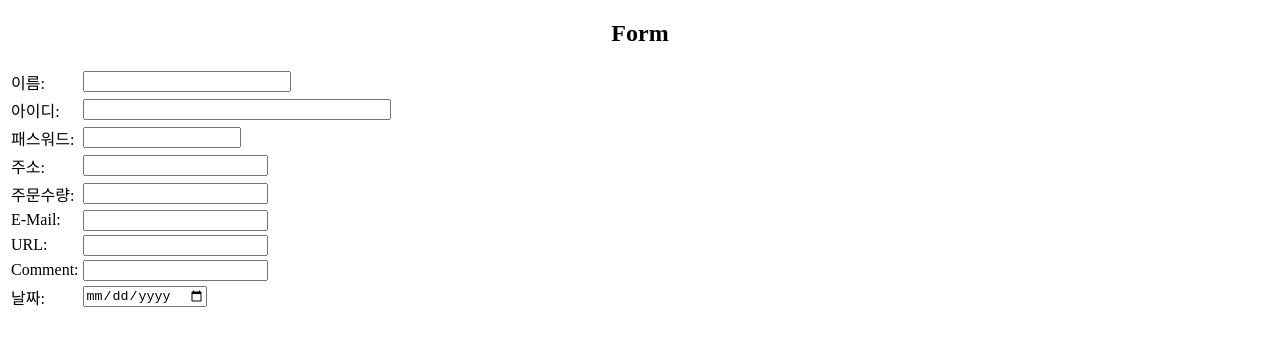
Repository: gyujin91/JSP
Page: web01/src/main/webapp/form.html
An editor plug-in stored every save of this project. The page is shown before and after the next save, followed by the edit.
The browser window is 1280 px wide. The pictures show the whole page.

Above is the page before, as saved 2022-04-22 05:19:08.

### web01/src/main/webapp/form.html
<!DOCTYPE html>
<html>
<head>
<meta charset="UTF-8">
<link rel="stylesheet" type="text/css" href="">
<style>
.form{text-align: center;}
.input1{width: 200px;}
.input2{width:300px;}
.input3{width:150px;}
</style>

<title>Form Sample</title>
</head>
<body>
	<h2 class="form">Form</h2>
	<form action="loginPro.jsp" method="post" name="twin">
        <table>
            <tr>
                <td>이름:</td>
                <td><input type="text" name="name" class="input1"></td>
            </tr>
            <tr>
            	<td>아이디:
            	<td><input type="text" name="uid"  class="input2"></td>
            </tr>
            <tr>
            	<td>패스워드:
            	<td><input type="password" name="upw" class="input3"></td>
            </tr>
            <tr>
            	<td>주소:
            	<td><input type="text" name="adrr" class="input4"></td>
            </tr>
            <tr>
            	<td>주문수량:
            	<td><input type="text" name="ordercount" class="input5"></td>
            </tr>
            <tr>
            	<td>E-Mail:
            	<td><input type="email" name="eamil" class="input6"></td>
            </tr>
            <tr>
            	<td>URL:
            	<td><input type="url" name="url" class="input7"></td>
            </tr>
            <tr>
            	<td>Comment:
            	<td><input type="text" name="comment" class="input8"></td>
            </tr>
            <tr>
            	<td>날짜:
            	<td><input type="date" name="date" class="input9"></td>
            </tr>


        </table>




</body>
</html>

After the next save:
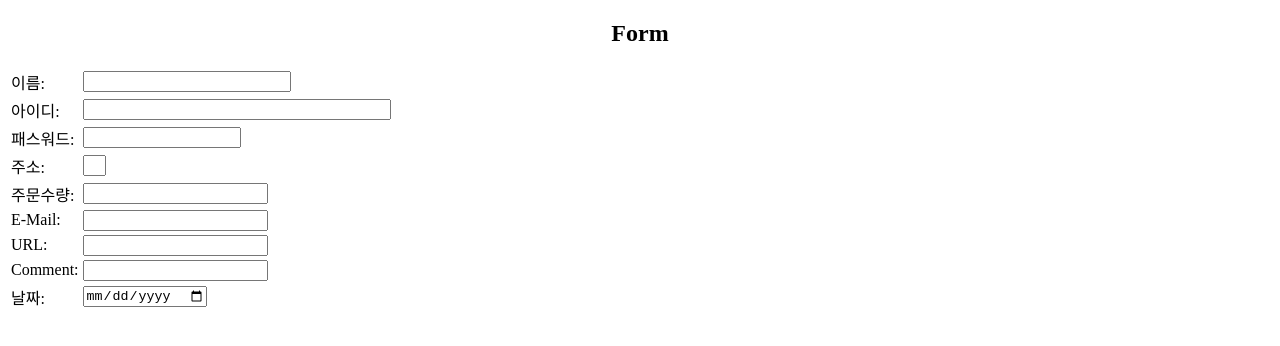
Saved 14 s later.
--- a/web01/src/main/webapp/form.html
+++ b/web01/src/main/webapp/form.html
@@ -8,6 +8,7 @@
 .input1{width: 200px;}
 .input2{width:300px;}
 .input3{width:150px;}
+.input4{width:15px;}
 </style>
 
 <title>Form Sample</title>
